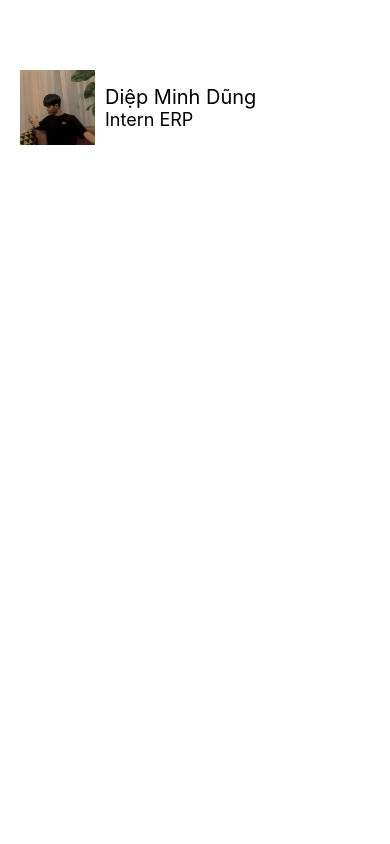
Repository: diepdung02/AppPTC
Screen: /Home
The author's editor kept a copy of each file at every save. The screen is drawn from the files as they stood at one save, then again after the next save.
The app was drawn by React Native's web renderer in a window 390 px wide. The project was rebuilt for these pictures with package versions that can differ from the ones it lists, and the page was loaded fresh each time.

Above is the screen before, as saved 2024-06-29 13:14:49.

After the next save:
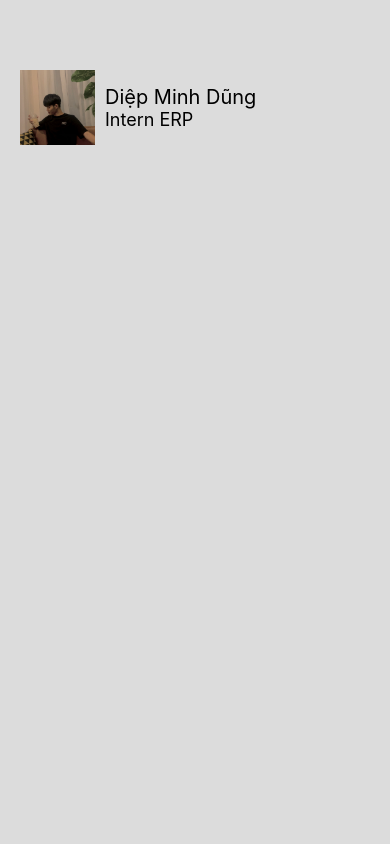
Saved 5 s later.
--- a/constants/Color.tsx
+++ b/constants/Color.tsx
@@ -1,5 +1,5 @@
 const COLORS = {
-    colorMain:"#fff",
+    colorMain:"#DCDCDC",
     blue: "#09648C"
 
   };
